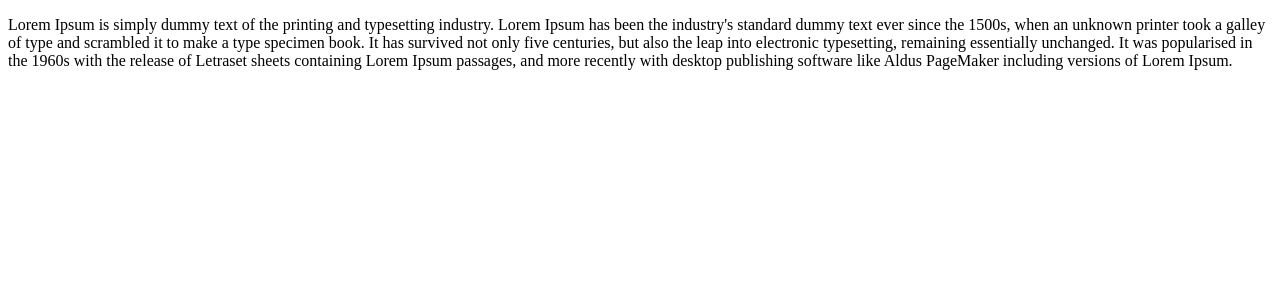
Repository: sangah-park98/jsp-class
Page: k20230503_1_html/src/main/webapp/10_p_hr.html
The author's editor kept a copy of each file at every save. The page is drawn from the files as they stood at one save, then again after the next save.
The browser window is 1280 px wide. The pictures show the whole page.

Above is the page before, as saved 2023-05-03 04:04:10.

After the next save:
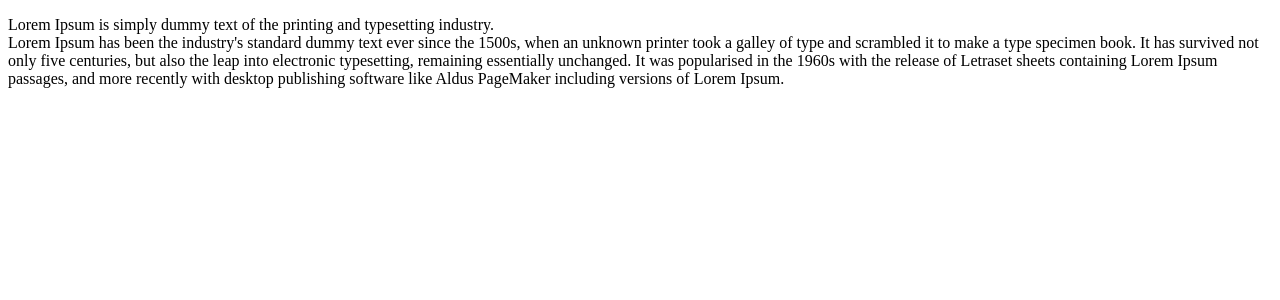
Saved 22 s later.
--- a/k20230503_1_html/src/main/webapp/10_p_hr.html
+++ b/k20230503_1_html/src/main/webapp/10_p_hr.html
@@ -16,7 +16,8 @@
 -->
 
 <p>
-Lorem Ipsum is simply dummy text of the printing and typesetting industry. Lorem Ipsum has been the industry's standard dummy text ever since the 1500s, when an unknown printer took a galley of type and scrambled it to make a type specimen book. It has survived not only five centuries, but also the leap into electronic typesetting, remaining essentially unchanged. It was popularised in the 1960s with the release of Letraset sheets containing Lorem Ipsum passages, and more recently with desktop publishing software like Aldus PageMaker including versions of Lorem Ipsum.
+Lorem Ipsum is simply dummy text of the printing and typesetting industry.<br>
+ Lorem Ipsum has been the industry's standard dummy text ever since the 1500s, when an unknown printer took a galley of type and scrambled it to make a type specimen book. It has survived not only five centuries, but also the leap into electronic typesetting, remaining essentially unchanged. It was popularised in the 1960s with the release of Letraset sheets containing Lorem Ipsum passages, and more recently with desktop publishing software like Aldus PageMaker including versions of Lorem Ipsum.
 </p>
 
 </body>
